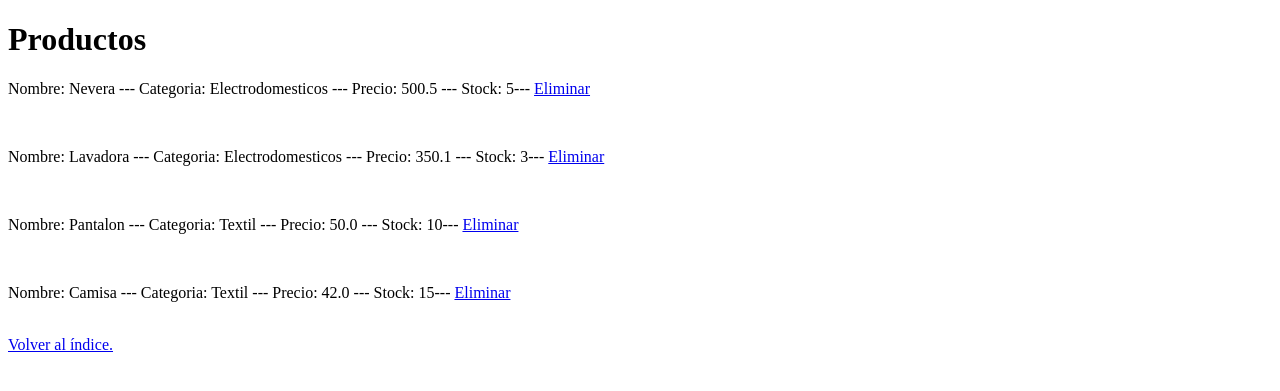
Repository: scgil/master-java
Page: http://localhost/Almacen/eliminar.jsp
An editor plug-in stored every save of this project. The page is shown before and after the next save, followed by the edit.
The browser window is 1280 px wide. The pictures show the whole page.
The page is served by Tomcat 10.

Above is the page before, as saved 2024-12-17 15:50:46.

After the next save:
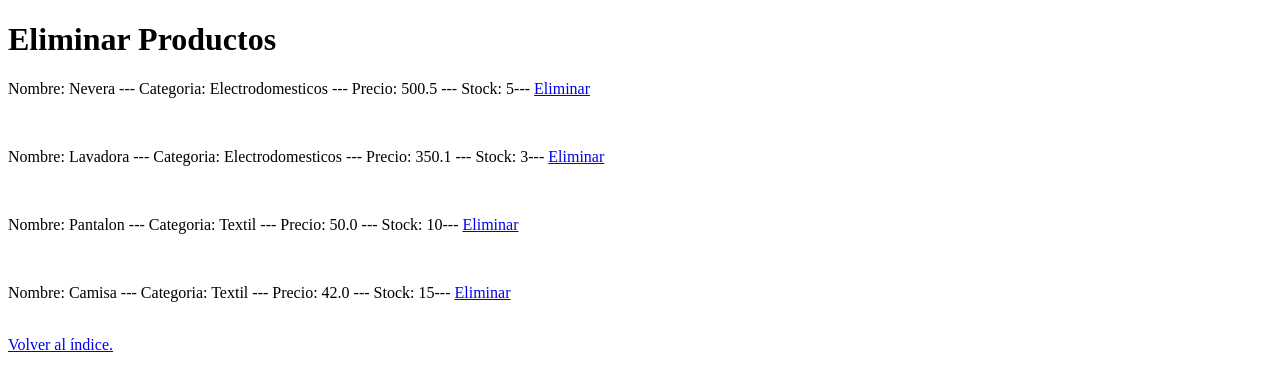
Saved 7 s later.
--- a/Semana2/Almacen/src/main/webapp/eliminar.jsp
+++ b/Semana2/Almacen/src/main/webapp/eliminar.jsp
@@ -17,7 +17,7 @@ List<Producto> productos = ps.productos();
 
 %>
 
-<h1>Productos</h1>
+<h1>Eliminar Productos</h1>
 
 <%
 for(int i=0; i< productos.size(); i++){
@@ -25,7 +25,7 @@ for(int i=0; i< productos.size(); i++){
 %>
 
 <p> Nombre: <%= productos.get(i).getNombre() %> --- Categoria: <%= productos.get(i).getCategoria() %>
---- Precio: <%= productos.get(i).getPrecio() %> --- Stock: <%= productos.get(i).getStock() %>--- <a href="EliminarServlet?indexEliminar=<%= i %>">Eliminar</a></p><br>
+--- Precio: <%= productos.get(i).getPrecio() %> --- Stock: <%= productos.get(i).getStock() %>--- <a href="EliminarServlet?indexEliminar=<%= productos.get(i).getId() %>">Eliminar</a></p><br>
 
 <%} %>
 
